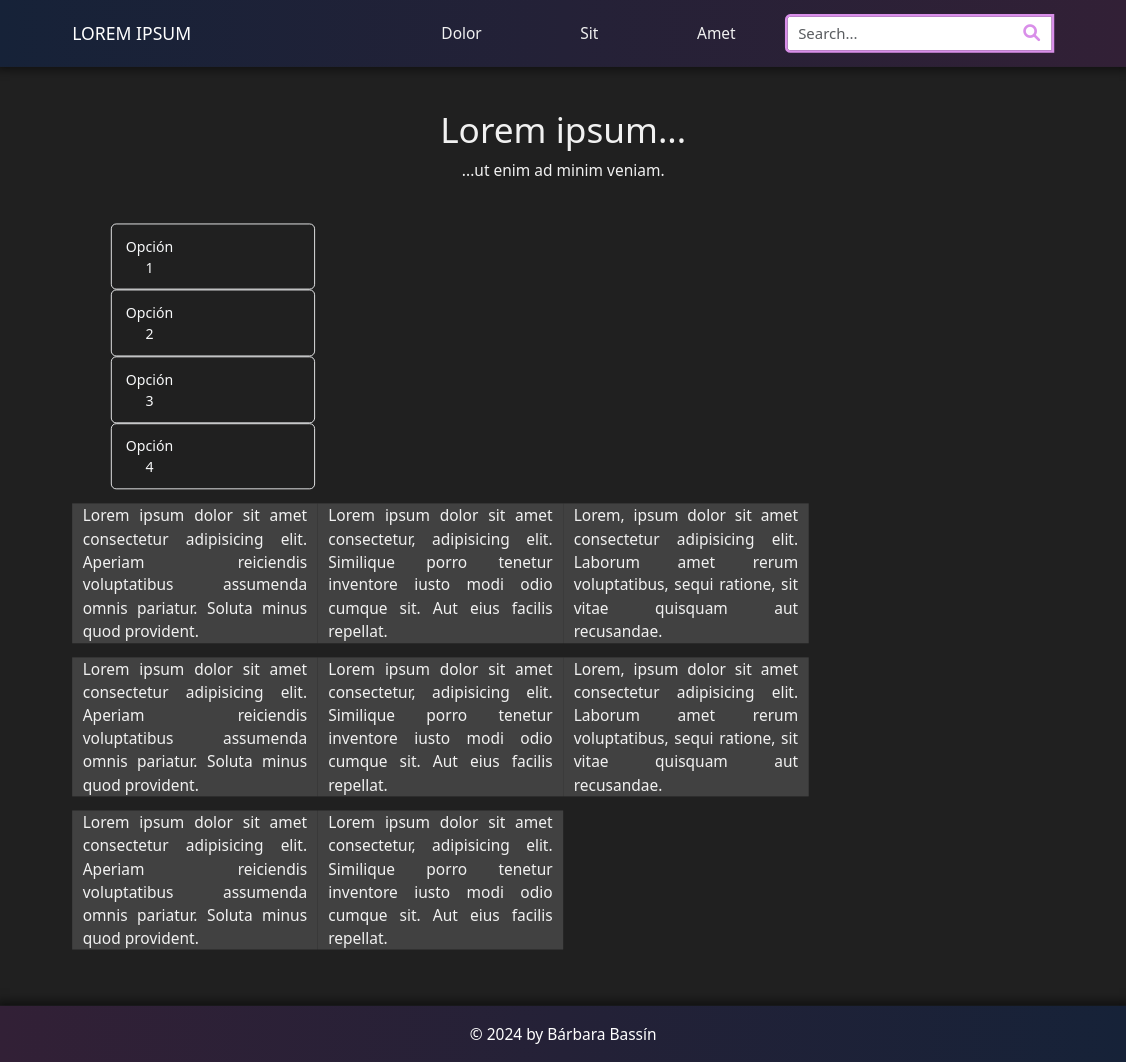
Repository: romancegirl/responsiveness
Page: index.html
These files come from the project's save history. The page is drawn as it stood at one moment and after the next save; the edit follows.
The browser window is 1280 px wide. The pictures show the whole page, at 88% of full size.

Above is the page before, as saved 2024-11-29 21:30:34.

### index.html
<!DOCTYPE html>
<html lang="en">

<head>
    <meta charset="UTF-8">
    <meta name="viewport" content="width=device-width, initial-scale=1.0">
    <title>Responsiveness - Bárbara Bassín</title>
    <link href="https://cdn.jsdelivr.net/npm/bootstrap@5.3.0/dist/css/bootstrap.min.css" rel="stylesheet">
    <link rel="stylesheet" href="https://cdnjs.cloudflare.com/ajax/libs/font-awesome/6.0.0-beta3/css/all.min.css">
    <link rel="stylesheet" href="css/header-and-footer.css">
    <link rel="stylesheet" href="css/styles.css">
</head>

<body>
    <!-- Header -->
    <header class="py-2">
        <div class="container d-flex align-items-center justify-content-between" id="profile">
            <h5 class="m-0">LOREM IPSUM</h5>
            <nav class="navbar navbar-expand-lg">
                <button class="navbar-toggler" type="button" data-bs-toggle="collapse" data-bs-target="#navbarNav"
                    aria-controls="navbarNav" aria-expanded="false" aria-label="Toggle navigation">
                    <i class="fas fa-bars"></i>
                </button>
                <div class="collapse navbar-collapse" id="navbarNav">
                    <ul class="navbar-nav">
                        <li class="nav-item"><a class="nav-link">Dolor</a></li>
                        <li class="nav-item"><a class="nav-link">Sit</a></li>
                        <li class="nav-item"><a class="nav-link">Amet</a></li>
                        <li class="nav-item dropdown d-lg-none">
                            <a class="nav-link dropdown-toggle" href="#" id="dropdownMenuButton" role="button"
                                data-bs-toggle="dropdown" aria-expanded="false">
                                Opciones
                            </a>
                            <ul class="dropdown-menu" aria-labelledby="dropdownMenuButton">
                                <li><button type="button" class="dropdown-item">Opción 1</button></li>
                                <li><button type="button" class="dropdown-item">Opción 2</button></li>
                                <li><button type="button" class="dropdown-item">Opción 3</button></li>
                                <li><button type="button" class="dropdown-item">Opción 4</button></li>
                            </ul>
                        </li>
                        <li>
                            <div class="search-container">
                                <form action="/action_page.php">
                                    <div class="input-group">
                                        <input type="text" class="form-control" placeholder="Search..." name="search">
                                        <button type="submit" class="btn">
                                            <i class="fa fa-search"></i>
                                        </button>
                                    </div>
                                </form>
                            </div>
                        </li>
                    </ul>
                </div>
            </nav>
        </div>
    </header>



    <!-- Main -->
    <main class="container my-5">
        <div>
            <h1>Lorem ipsum...</h1>
            <div id="textCarousel" class="carousel slide" data-bs-ride="carousel" data-bs-interval="2000">
                <div class="carousel-inner">
                    <div class="carousel-item active">
                        <p>...olor sit amet, consectetur adipiscing elit...</p>
                    </div>
                    <div class="carousel-item">
                        <p>...sed do eiusmod tempor incididunt ut labore...</p>
                    </div>
                    <div class="carousel-item">
                        <p>...ut enim ad minim veniam.</p>
                    </div>
                </div>
            </div>
        </div>


        <div class="container inside">
            <div class="row">
                <div class="col-lg-3 d-none d-lg-block" id="options">
                    <ul>
                        <li><button type="button" class="btn btn-outline-light">Opción 1</button></li>
                        <li><button type="button" class="btn btn-outline-light">Opción 2</button></li>
                        <li><button type="button" class="btn btn-outline-light">Opción 3</button></li>
                        <li><button type="button" class="btn btn-outline-light">Opción 4</button></li>
                    </ul>
                </div>
                <div class="col-lg-9 col-md-12" id="paragraphs">
                    <div class="row">
                        <div class="col-6 col-md-4 paragraph">Lorem ipsum dolor sit amet consectetur adipisicing elit.
                            Aperiam reiciendis voluptatibus assumenda omnis pariatur. Soluta minus quod provident.
                        </div>
                        <div class="col-6 col-md-4 paragraph">Lorem ipsum dolor sit amet consectetur, adipisicing elit.
                            Similique porro
                            tenetur inventore iusto modi odio cumque sit. Aut eius facilis repellat.</div>
                        <div class="col-6 col-md-4 paragraph">Lorem, ipsum dolor sit amet consectetur adipisicing elit.
                            Laborum
                            amet rerum
                            voluptatibus, sequi ratione, sit vitae quisquam aut recusandae.</div>
                        <div class="col-6 col-md-4 paragraph">Lorem ipsum dolor sit amet consectetur adipisicing elit.
                            Aperiam
                            reiciendis
                            voluptatibus assumenda omnis pariatur. Soluta minus quod provident.</div>
                        <div class="col-6 col-md-4 paragraph">Lorem ipsum dolor sit amet consectetur, adipisicing elit.
                            Similique porro
                            tenetur inventore iusto modi odio cumque sit. Aut eius facilis repellat.</div>
                        <div class="col-6 col-md-4 paragraph">Lorem, ipsum dolor sit amet consectetur adipisicing elit.
                            Laborum
                            amet rerum
                            voluptatibus, sequi ratione, sit vitae quisquam aut recusandae.</div>
                        <div class="col-6 col-md-4 paragraph">Lorem ipsum dolor sit amet consectetur adipisicing elit.
                            Aperiam
                            reiciendis
                            voluptatibus assumenda omnis pariatur. Soluta minus quod provident.</div>
                        <div class="col-6 col-md-4 paragraph">Lorem ipsum dolor sit amet consectetur, adipisicing elit.
                            Similique porro
                            tenetur inventore iusto modi odio cumque sit. Aut eius facilis repellat.</div>
                    </div>
                </div>
            </div>
        </div>
    </main>

    <!-- Footer -->
    <footer class="bg-dark text-center py-2">
        <div>&copy; 2024 by Bárbara Bassín</div>
    </footer>
    <script src="js/script.js"></script>
    <script src="https://cdn.jsdelivr.net/npm/bootstrap@5.3.0/dist/js/bootstrap.bundle.min.js"></script>
</body>

</html>

### css/header-and-footer.css
header {
    background: linear-gradient(to right, #162238, #322036);
    color: #fff;
    position: relative;
    box-shadow: 0 0 10px 5px rgba(0, 0, 0, 0.5);
}

main {
    min-height: 70vh;
    padding-bottom: 1rem;
    box-sizing: border-box;
}

a.nav-link {
    color: #f1f1f1;
}

a.nav-link:hover {
    color: #f6c7de;
    transition: color 0.3s, text-shadow 0.3s;
    transform: scale(1.05);
}

.search-container {
    display: flex;
    justify-content: center;
    align-items: center;
    position: relative;
}

.input-group .form-control {
    padding-right: 2.5rem;
    font-size: 17px;
    border: 0.2rem solid #d98fe9;
}

.input-group .btn {
    position: absolute;
    right: 1rem;
    top: 50%;
    transform: translateY(-50%);
    background-color: transparent;
    border: none;
    padding: 0;
    cursor: pointer;
}

.input-group .btn .fa-search {
    color: #d98fe9;
    font-size: 1.2rem;
}

.navbar-nav .nav-item {
    margin: 0 3rem 0 3rem;
}


/* navbar-toggle */

.navbar-toggler {
    border-color: #fff;
}

.navbar-toggler .fas {
    color: #fff;
    /* Cambia el color del ícono */
}

.navbar-collapse {
    justify-content: flex-end;
}

.navbar-toggler:hover {
    cursor: pointer;
}

.navbar-toggler:focus {
    outline: none;
    box-shadow: none;
}

@media (max-width: 995px) {

    .navbar-collapse {
        display: none;
        position: absolute;
        top: 119%;
        left: -190px;
        width: 100%;
        z-index: 999;
        flex-direction: column-reverse;
        align-items: center;
    }

    .navbar-collapse.show {
        display: flex;
    }

    .navbar {
        width: 60%;
    }

    .navbar-nav {
        background: linear-gradient(to right, #162238fd, #322036fd);
        color: #fff;
        padding: 1.5rem;
        border-radius: 0 0 50px 50px;
        font-weight: bold;
        text-align: center;
        box-shadow: 0 0 10px 5px rgba(0, 0, 0, 0.5);

    }

    .navbar-nav:hover {
        cursor: pointer;

    }

    a.nav-link:hover {
        color: #f6c7de;
        transition: color 0.3s, text-shadow 0.3s;
        transform: scale(1.05);
    }

    .navbar-nav .nav-item {
        margin: 10px 0;
    }

    .navbar a {
        float: none;
        display: block;
        text-align: center;
        width: 100%;
        margin: 0;
        padding: 0.5rem;
    }

    .navbar .search-container {
        float: none;
    }

    .navbar .search-container button {
        align-items: right;
    }

    .navbar input[type=text] {
        border-radius: 0.2rem;
        border: 0.2rem solid #d98fe9;
    }

}


@media (max-width: 768px) {

    .navbar-collapse {
        display: none;
        position: absolute;
        top: 119%;
        left: -140px;
        width: 100%;
        z-index: 999;
        flex-direction: column-reverse;
        align-items: center;
    }


}


footer {
    background: linear-gradient(to right, #322036, #162238);
    color: #fff;
    bottom: 0;
    min-height: 4rem;
    display: flex;
    justify-content: center;
    align-items: center;
    box-shadow: 0 0 10px 5px rgba(0, 0, 0, 0.5);
}

### css/styles.css
body {
    background-color: #202020;
    color: #f1f1f1;
    font-size: 110%;
}


main {
    padding: 0;
    margin: 0;
}

h1 {
    text-align: center;
}


h5 {
    margin: 0;
}

/* General */

#textCarousel {
    width: 40rem;
    margin: auto;
}

p {
    text-align: center;
}

.row {
    text-align: justify;
}

.paragraph {
margin-bottom: 1rem;
background-color: #414141;
}

.inside {
    margin-top: 2rem;
}

.btn-outline-light {
    padding: 0.8rem 10rem 0.8rem 1rem;
}

li {
    list-style: none;
}

#options {
    margin-right: 1rem;
}

/* Responsiveness */


@media screen and (max-width: 1400px) {

    .title-large,
    .title-x-small {
        display: none;
    }

    .title-small {
        display: block;
    }
}

@media screen and (max-width: 768px) {


    #textCarousel {
        max-width: 90%; /* Usa un tamaño relativo en lugar de fijo */
    }
}

### js/script.js
document.addEventListener('click', function(event) {
    var navbar = document.querySelector('.navbar-collapse');
    var toggler = document.querySelector('.navbar-toggler');

    // Si el menú está abierto y se hace clic fuera de él, lo cierra
    if (navbar.classList.contains('show') && !navbar.contains(event.target) && !toggler.contains(event.target)) {
        var bsCollapse = new bootstrap.Collapse(navbar, {
            toggle: false
        });
        bsCollapse.hide();
    }
});

After the next save:
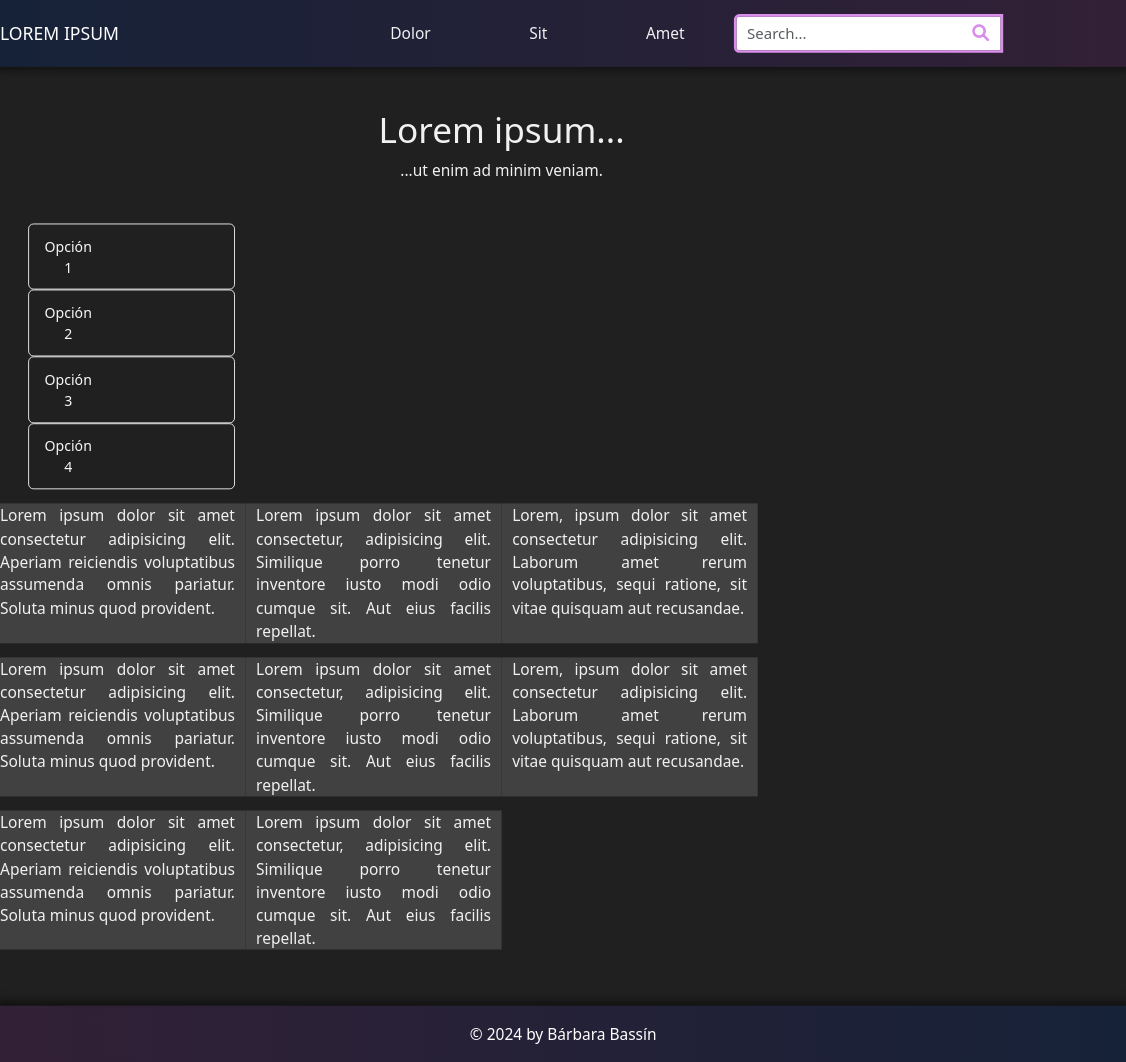
Saved 44 s later.
--- a/css/styles.css
+++ b/css/styles.css
@@ -5,7 +5,7 @@ body {
 }
 
 
-main {
+.container {
     padding: 0;
     margin: 0;
 }
